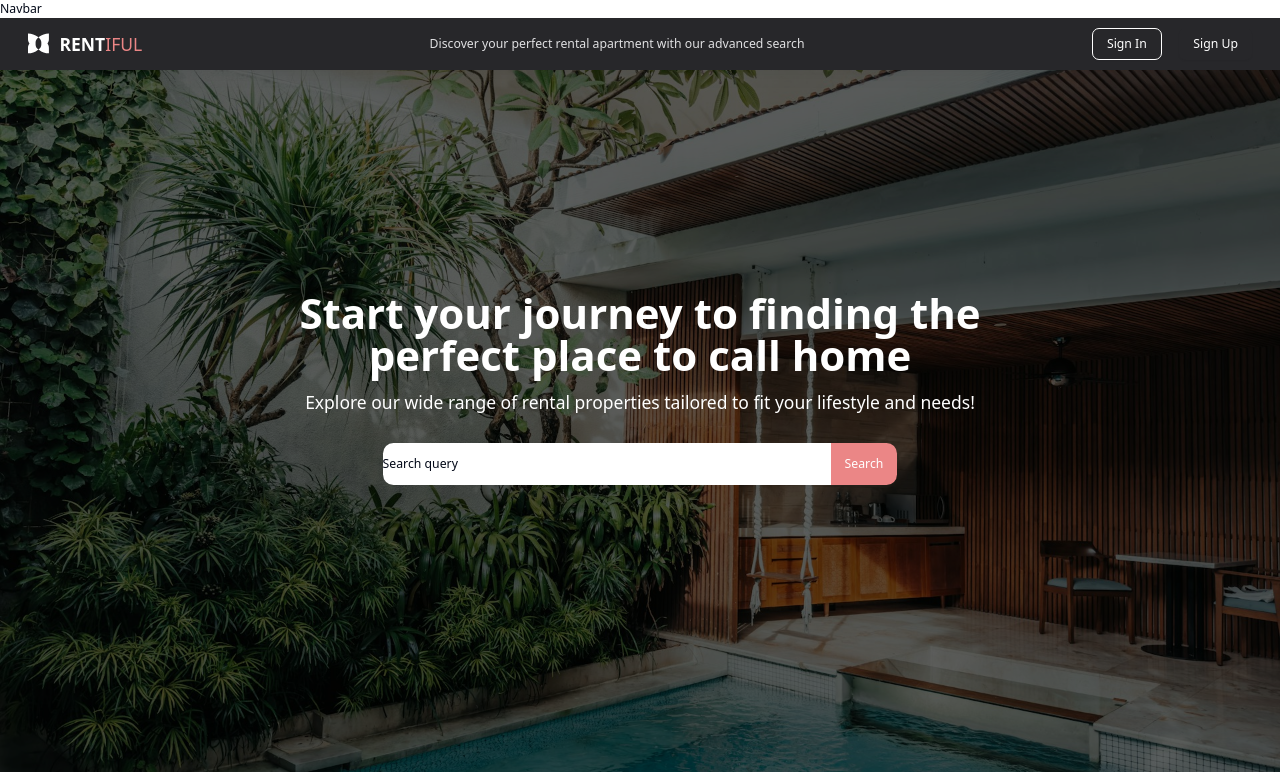
Repository: richiectr360/real-estate-prod
Page: /landing (app in client/)
An editor plug-in stored every save of this project. The page is shown before and after the next save, followed by the edit.
The browser window is 1280 px wide. The pictures show the whole page.
The page's requests for data from a server got no answer. The project was rebuilt for these pictures with package versions that can differ from the ones it lists, and the page was loaded fresh each time. The framework's server and built-in components were replaced by stand-ins that run in the browser. No one was signed in, and anything a server would have sent is missing. Also part of the build but not shown: client/next.config.ts.

Above is the page before, as saved 2025-05-21 21:07:20.

After the next save:
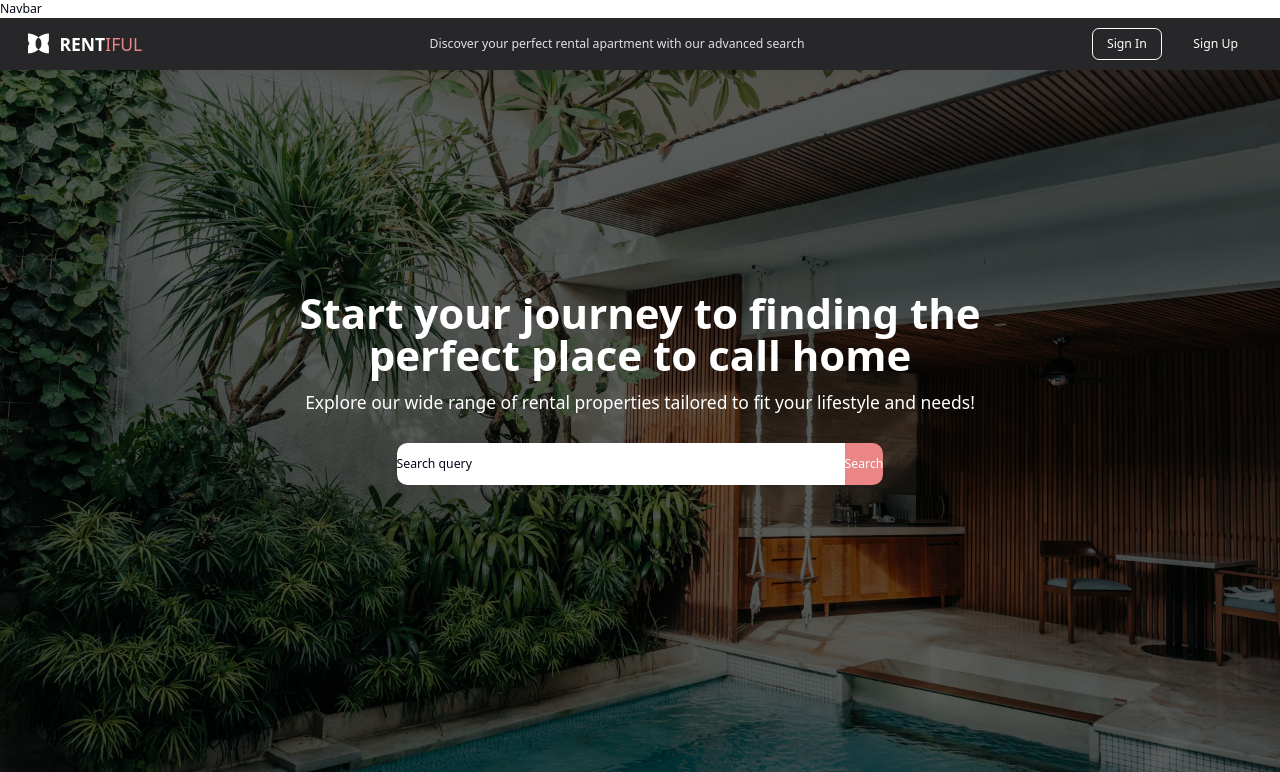
Saved 77 s later.
--- a/client/src/app/(nondashboard)/landing/HeroSection.tsx
+++ b/client/src/app/(nondashboard)/landing/HeroSection.tsx
@@ -131,7 +131,10 @@ const HeroSection = () => {
                         placeholder='Search by city, neighborhood or address'
                         className='w-full max-w-lg rounded-none rounded-l-xl border-none bg-white h-12'
                         />
-                        <button className='bg-secondary-500 text-white rounded-none rounded-r-xl border-none hover:bg-secondary-600 h-12 px-4'>
+                        <button
+                            onClick={() => {}}
+                            className='bg-secondary-500 text-white rounded-none rounded-r-xl border-none hover:bg-secondary-600 h-12'
+                        >
                             Search
                         </button>
                     </div>
